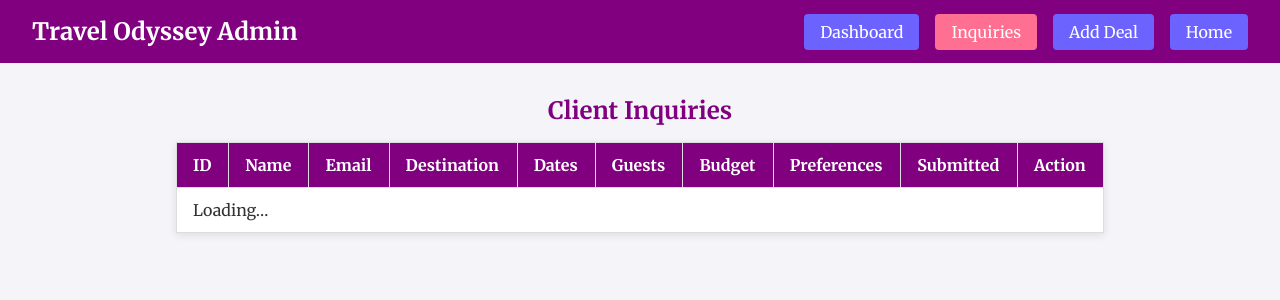
Repository: GHzPhoenix/Project-Odyssey
Page: Frontend/inquiries.html
The author's editor kept a copy of each file at every save. The page is drawn from the files as they stood at one save, then again after the next save.
The browser window is 1280 px wide. The pictures show the whole page.

Above is the page before, as saved 2025-07-10 09:27:43.

### Frontend/inquiries.html
<!DOCTYPE html>
<html lang="en">
  <head>
    <meta charset="UTF-8" />
    <meta name="viewport" content="width=device-width,initial-scale=1.0" />
    <title>Admin – Inquiries</title>
    <link rel="stylesheet" href="/Frontend/css/admin.css" />
  </head>
  <body>
    <header>
      <nav>
        <div class="logo">Travel Odyssey Admin</div>
        <ul>
          <li><a href="admin.html">Dashboard</a></li>
          <li><a href="inquiries.html" class="active">Inquiries</a></li>
          <li><a href="add-deal.html">Add Deal</a></li>
          <li><a href="index.html">Home</a></li>
        </ul>
      </nav>
    </header>

    <main>
      <h2>Client Inquiries</h2>
      <table id="inq-table">
        <thead>
          <tr>
            <th>ID</th>
            <th>Name</th>
            <th>Email</th>
            <th>Destination</th>
            <th>Dates</th>
            <th>Guests</th>
            <th>Budget</th>
            <th>Preferences</th>
            <th>Submitted</th>
            <th>Action</th>
          </tr>
        </thead>
        <tbody>
          <tr>
            <td colspan="10">Loading…</td>
          </tr>
        </tbody>
      </table>
    </main>

    <script>
      async function loadInquiries() {
        const token = localStorage.getItem("token");
        const tbody = document.querySelector("#inq-table tbody");

        if (!token) {
          alert("Please log in as admin.");
          return;
        }

        try {
          const res = await fetch("http://127.0.0.1:5001/api/inquiries", {
            headers: { Authorization: "Bearer " + token },
          });
          if (!res.ok) throw new Error("Unauthorized");

          const inqs = await res.json();
          if (!inqs.length) {
            tbody.innerHTML =
              "<tr><td colspan='10'>No inquiries found.</td></tr>";
            return;
          }

          tbody.innerHTML = inqs
            .map((i) => {
              const date = new Date(i.created_at).toLocaleString();
              return `
              <tr>
                <td>${i.id}</td>
                <td>${i.name}</td>
                <td>${i.email}</td>
                <td>${i.destination}</td>
                <td>${i.dates}</td>
                <td>${i.guests}</td>
                <td>€${i.budget}</td>
                <td>${i.preferences || ""}</td>
                <td>${date}</td>
                <td>
                  <a
                    href="add-deal.html?name=${encodeURIComponent(
                      i.destination
                    )}&location=${encodeURIComponent(
                i.destination
              )}&activities=${encodeURIComponent(i.preferences || "")}"
                    class="btn-create"
                  >Create Deal</a>
                </td>
              </tr>`;
            })
            .join("");
        } catch (err) {
          console.error(err);
          tbody.innerHTML =
            "<tr><td colspan='10'>Failed to load inquiries.</td></tr>";
        }
      }

      window.addEventListener("DOMContentLoaded", loadInquiries);
    </script>
  </body>
</html>

### Frontend/css/admin.css
@import url("https://fonts.googleapis.com/css2?family=Merriweather:wght@300;400;700&display=swap");

* {
  box-sizing: border-box;
  margin: 0;
  padding: 0;
}

body {
  font-family: "Merriweather", serif;
  background: #f4f4f9;
  color: #333;
}
.action {
  background: #6c63ff;
  color: white;
  border: none;
  padding: 0.4rem 0.8rem;
  border-radius: 4px;
  cursor: pointer;
  font-size: 0.9rem;
  transition: background 0.2s ease;
}
.action:hover {
  background: #5950d4;
}
.modal-overlay {
  display: none;
  position: fixed;
  inset: 0;
  background: rgba(0, 0, 0, 0.6);
  align-items: center;
  justify-content: center;
  z-index: 1000;
}
.modal-overlay.active {
  display: flex;
}
.modal {
  background: #fff;
  padding: 2rem;
  border-radius: 8px;
  width: 90%;
  max-width: 400px;
  box-shadow: 0 2rem 4rem rgba(0, 0, 0, 0.2);
}
.modal h2 {
  margin-bottom: 1rem;
  color: purple;
}
.modal .input-group {
  margin-bottom: 1rem;
}
.modal label {
  display: block;
  margin-bottom: 0.4rem;
  font-weight: 600;
}
.modal input[type="text"],
.modal input[type="date"] {
  width: 100%;
  padding: 0.5rem;
  border: 1px solid #ccc;
  border-radius: 4px;
}

.modal-actions {
  text-align: right;
  margin-top: 1rem;
}
.modal-actions button {
  background: #6c63ff;
  color: #fff;
  border: none;
  padding: 0.5rem 1rem;
  border-radius: 4px;
  cursor: pointer;
  margin-left: 0.5rem;
  transition: background 0.2s;
}
.modal-actions button#modal-cancel {
  background: #ccc;
  color: #333;
}
.modal-actions button:hover {
  background: #5950d4;
}

header nav {
  background: purple;
  padding: 1rem 2rem;
  display: flex;
  align-items: center;
  justify-content: space-between;
}

header nav .logo {
  color: white;
  font-size: 1.5rem;
  font-weight: bold;
}

header nav ul {
  list-style: none;
  display: flex;
  gap: 1rem;
}

header nav a {
  color: white;
  text-decoration: none;
  padding: 0.5rem 1rem;
  background: #6c63ff;
  border-radius: 4px;
  transition: background 0.2s;
}

header nav a.active,
header nav a:hover {
  background: #ff6f91;
}

main {
  max-width: 960px;
  margin: 2rem auto;
  padding: 0 1rem;
}

h1,
h2 {
  color: purple;
  margin-bottom: 1rem;
  text-align: center;
}

form {
  background: white;
  padding: 2rem;
  border-radius: 8px;
  box-shadow: 0 4px 12px rgba(0, 0, 0, 0.1);
}

form .input-group {
  margin-bottom: 1.25rem;
}

form label {
  display: block;
  margin-bottom: 0.4rem;
  font-weight: 600;
}

form input[type="text"],
form input[type="date"],
form input[type="number"],
form textarea {
  width: 100%;
  padding: 0.6rem;
  border: 1px solid #ccc;
  border-radius: 4px;
  font-size: 1rem;
}

form textarea {
  resize: vertical;
  min-height: 80px;
}

.file-input-label {
  display: inline-block;
  padding: 0.5rem 1rem;
  background: #007bff;
  color: white;
  border-radius: 4px;
  cursor: pointer;
  font-size: 0.9rem;
}

#file-chosen {
  margin-left: 0.5rem;
  font-size: 0.9rem;
  vertical-align: middle;
  color: #555;
}

input[type="file"] {
  display: none;
}

button[type="submit"] {
  background: #0b6623;
  color: white;
  padding: 0.7rem 1.4rem;
  border: none;
  border-radius: 4px;
  font-size: 1rem;
  cursor: pointer;
}

button[type="submit"]:hover {
  background: #095a1a;
}

#deal-message,
#inquiry-message {
  margin-top: 0.75rem;
  font-size: 0.9rem;
}

#deal-message.error,
#inquiry-message.error {
  color: #b00020;
}

#deal-message.success,
#inquiry-message.success {
  color: #0b6623;
}

table {
  width: 100%;
  border-collapse: collapse;
  background: white;
  margin-top: 1rem;
  box-shadow: 0 2px 8px rgba(0, 0, 0, 0.1);
}

th,
td {
  padding: 0.75rem 1rem;
  border: 1px solid #ddd;
  text-align: left;
}

th {
  background: purple;
  color: white;
  font-weight: 600;
}

tr:nth-child(even) td {
  background: #f9f9ff;
}

.inquiry-actions button {
  background: #6c63ff;
  color: white;
  border: none;
  padding: 0.4rem 0.8rem;
  border-radius: 4px;
  cursor: pointer;
  font-size: 0.9rem;
  margin-right: 0.5rem;
}

.inquiry-actions button:hover {
  background: #5950d4;
}

.deal-card {
  background: white;
  border-radius: 8px;
  box-shadow: 0 2px 8px rgba(0, 0, 0, 0.1);
  overflow: hidden;
  margin: 1rem 0;
  display: flex;
}

.deal-card img {
  width: 120px;
  object-fit: cover;
}

.deal-card-body {
  padding: 1rem;
  flex: 1;
}

.deal-card-body h3 {
  margin-bottom: 0.5rem;
}

.deal-card-body p {
  margin-bottom: 0.5rem;
}

.deal-card-body .card-button {
  background: #6c63ff;
  color: white;
  padding: 0.4rem 0.8rem;
  border-radius: 4px;
  text-decoration: none;
}

.deal-card-body .card-button:hover {
  background: #5950d4;
}

.button-link {
  display: inline-block;
  margin-top: 1.5rem;
  color: #6c63ff;
  text-decoration: underline;
}

.file-input-btn {
  display: inline-block;
  background: #6c63ff;
  color: #fff;
  padding: 0.5rem 1rem;
  border-radius: 4px;
  cursor: pointer;
  font-size: 0.9rem;
  transition: background 0.2s;
}
.file-input-btn:hover {
  background: #5950d4;
}

#modal-file-chosen {
  margin-left: 0.75rem;
  font-size: 0.9rem;
  color: #555;
  vertical-align: middle;
}

.file-input-group {
  margin-bottom: 1rem;
}

After the next save:
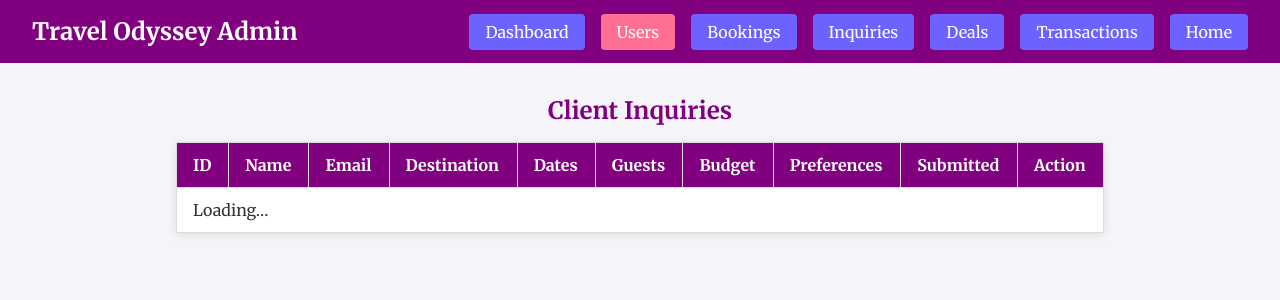
Saved 13 s later.
--- a/Frontend/inquiries.html
+++ b/Frontend/inquiries.html
@@ -12,8 +12,11 @@
         <div class="logo">Travel Odyssey Admin</div>
         <ul>
           <li><a href="admin.html">Dashboard</a></li>
-          <li><a href="inquiries.html" class="active">Inquiries</a></li>
-          <li><a href="add-deal.html">Add Deal</a></li>
+          <li><a href="admin-users.html" class="active">Users</a></li>
+          <li><a href="admin-bookings.html">Bookings</a></li>
+          <li><a href="inquiries.html">Inquiries</a></li>
+          <li><a href="add-deal.html">Deals</a></li>
+          <li><a href="transactions.html">Transactions</a></li>
           <li><a href="index.html">Home</a></li>
         </ul>
       </nav>
